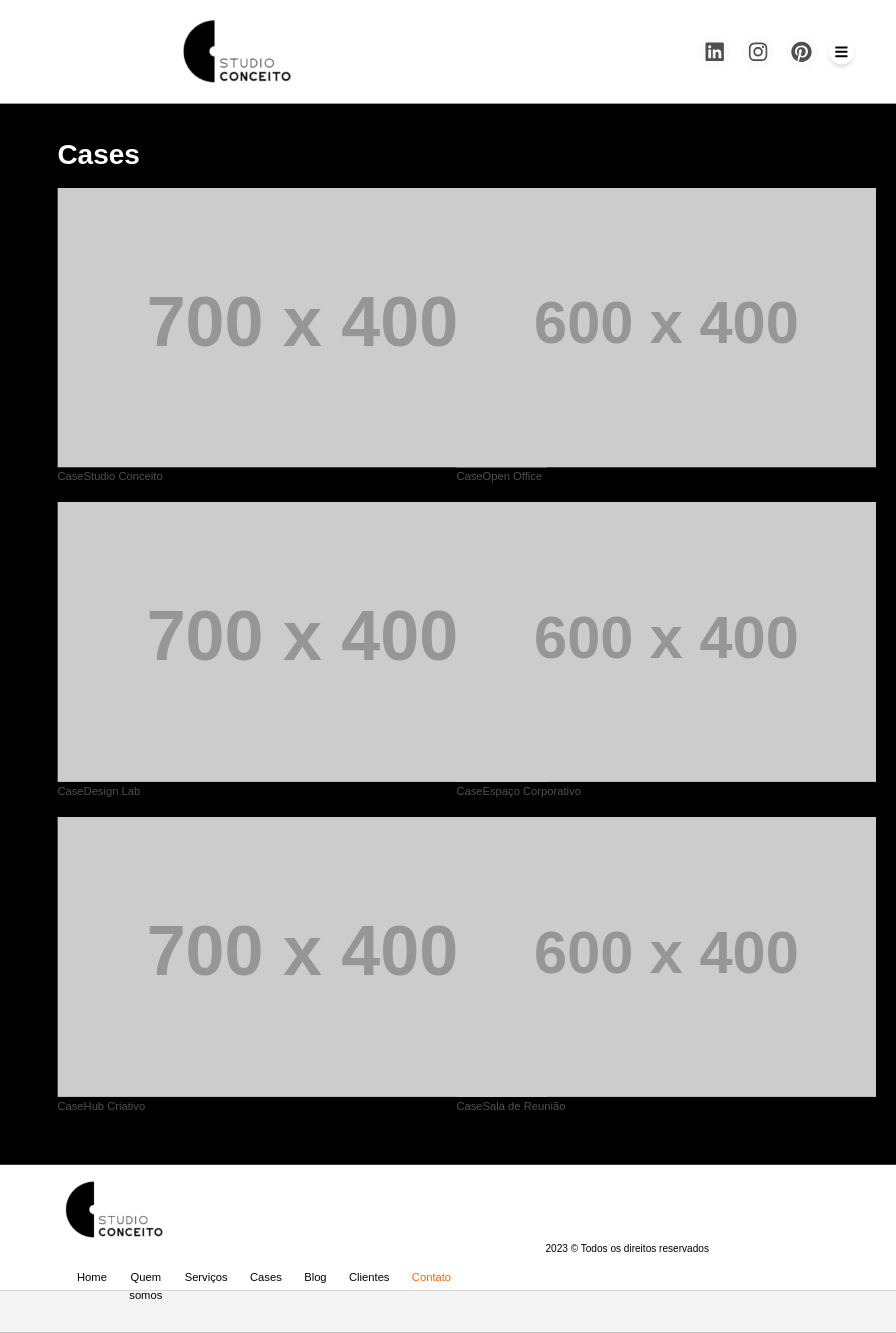
Repository: Upstairs-Agencia/studio-conceito-react
Page: /cases
These files come from the project's save history. The page is drawn as it stood at one moment and after a run of saves; the edit follows.
The browser window is 1280 px wide. The pictures show the whole page, at 70% of full size.
The project was rebuilt for these pictures with package versions that can differ from the ones it lists, and the page was loaded fresh each time. Also part of the build but not shown: src/pages/Home.js, src/pages/QuemSomos.js, src/pages/Servicos.js, src/pages/Blog.js, src/pages/Clientes.js, src/pages/Contato.js. Imported but missing from the stored project, and not drawn on this page: src/styles/case.

Above is the page before, as saved 2024-12-29 11:27:16.

After the next 3 saves:
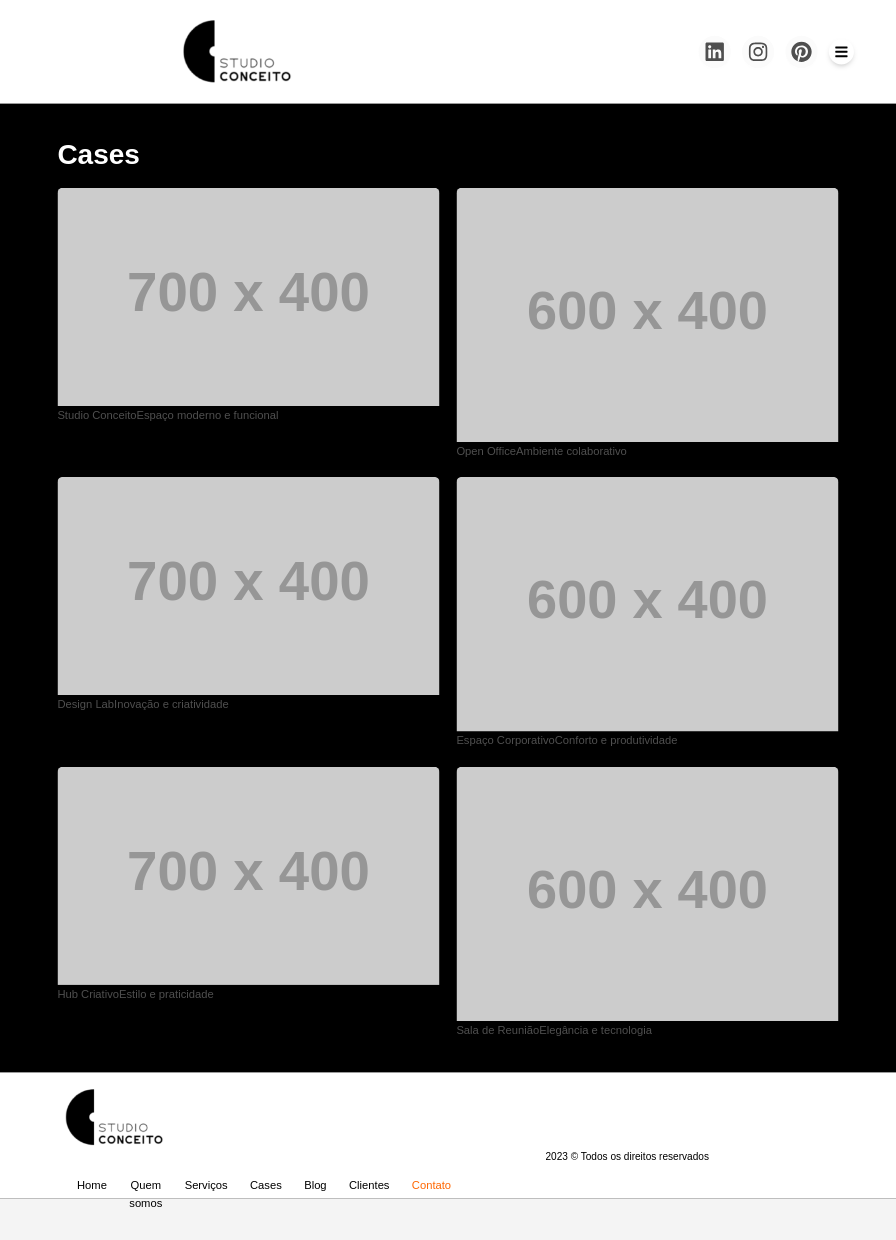
The 3 saves are shown as one change because 2 did not build or start.
The last was saved 4 min 4 s later.
--- a/src/pages/Cases.js
+++ b/src/pages/Cases.js
@@ -6,7 +6,7 @@ import {
 } from "mdb-react-ui-kit";
 import Navbar from "../components/navbar";
 import Footer from "../components/footer";
-import "../styles/case";
+import "../styles/cases.css";
 
 const caseStudies = [
   {
@@ -56,9 +56,9 @@ function Cases() {
         >
           Cases
         </h1>
-        <MDBRow>
+        <MDBRow className="g-4">
           {caseStudies.map((caseItem, index) => (
-            <MDBCol md="6" className="mb-4" key={index}>
+            <MDBCol md="6" key={index}>
               <div className="case-card">
                 <img
                   src={caseItem.image}
@@ -73,6 +73,10 @@ function Cases() {
                     </span>
                   </div>
                 </div>
+                <div className="case-text">
+                  <span className="case-title-text">{caseItem.title}</span>
+                  <span className="case-desc-text">{caseItem.description}</span>
+                </div>
               </div>
             </MDBCol>
           ))}
